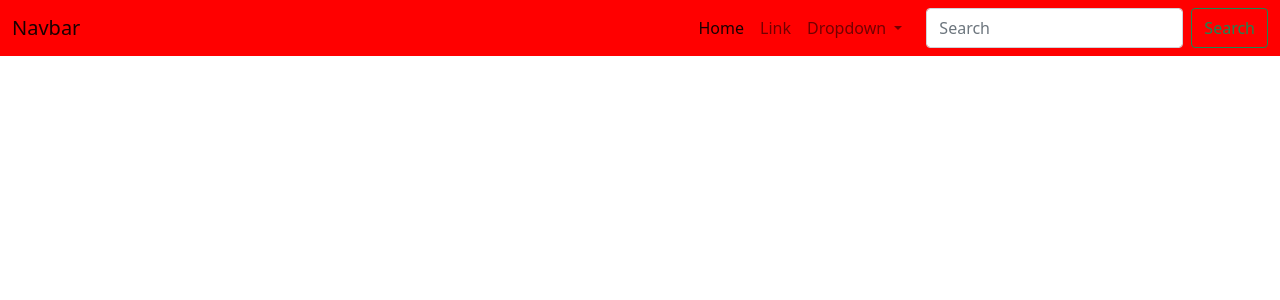
Repository: ttranhhoang/layoutBS
Page: index.html
An editor plug-in stored every save of this project. The page is shown before and after the next save, followed by the edit.
The browser window is 1280 px wide. The pictures show the whole page.

Above is the page before, as saved 2022-04-23 15:44:12.

### index.html
<!DOCTYPE html>
<html lang="en">
  <head>
    <meta charset="UTF-8" />
    <meta http-equiv="X-UA-Compatible" content="IE=edge" />
    <meta name="viewport" content="width=device-width, initial-scale=1.0" />
    <title>Layout BS</title>
    <link
      href="https://cdn.jsdelivr.net/npm/bootstrap@5.1.3/dist/css/bootstrap.min.css"
      rel="stylesheet"
      integrity="sha384-1BmE4kWBq78iYhFldvKuhfTAU6auU8tT94WrHftjDbrCEXSU1oBoqyl2QvZ6jIW3"
      crossorigin="anonymous"
    />
    <link rel="stylesheet" href="index.css" />
  </head>
  <body>
    <main class="main">
      <nav class="navbar navbar-expand-lg navbar-light">
        <div class="container-fluid">
          <a class="navbar-brand" href="#">Navbar</a>
          <button
            class="navbar-toggler"
            type="button"
            data-bs-toggle="offcanvas"
            data-bs-target="#navbarOffcanvasLg"
            aria-controls="navbarOffcanvasLg"
            aria-expanded="false"
            aria-label="Toggle navigation"
          >
            <span class="navbar-toggler-icon"></span>
          </button>

          <div
            class="offcanvas offcanvas-end"
            tabindex="-1"
            id="navbarOffcanvasLg"
            aria-labelledby="navbarOffcanvasLgLabel"
          >
            <div class="offcanvas-header">
              <h5 class="offcanvas-title" id="offcanvasNavbarLabel">
                Offcanvas
              </h5>
              <button
                type="button"
                class="btn-close text-reset"
                data-bs-dismiss="offcanvas"
                aria-label="Close"
              ></button>
            </div>
            <div class="offcanvas-body">
              <ul class="navbar-nav justify-content-end flex-grow-1 pe-3">
                <li class="nav-item">
                  <a class="nav-link active" aria-current="page" href="#"
                    >Home</a
                  >
                </li>
                <li class="nav-item">
                  <a class="nav-link" href="#">Link</a>
                </li>
                <li class="nav-item dropdown">
                  <a
                    class="nav-link dropdown-toggle"
                    href="#"
                    id="offcanvasNavbarDropdown"
                    role="button"
                    data-bs-toggle="dropdown"
                    aria-expanded="false"
                  >
                    Dropdown
                  </a>
                  <ul
                    class="dropdown-menu"
                    aria-labelledby="offcanvasNavbarDropdown"
                  >
                    <li><a class="dropdown-item" href="#">Action</a></li>
                    <li>
                      <a class="dropdown-item" href="#">Another action</a>
                    </li>
                    <li>
                      <hr class="dropdown-divider" />
                    </li>
                    <li>
                      <a class="dropdown-item" href="#">Something else here</a>
                    </li>
                  </ul>
                </li>
              </ul>
              <form class="d-flex">
                <input
                  class="form-control me-2"
                  type="search"
                  placeholder="Search"
                  aria-label="Search"
                />
                <button class="btn btn-outline-success" type="submit">
                  Search
                </button>
              </form>
            </div>
          </div>
        </div>
      </nav>
    </main>

    <script
      src="https://cdn.jsdelivr.net/npm/bootstrap@5.1.3/dist/js/bootstrap.bundle.min.js"
      integrity="sha384-ka7Sk0Gln4gmtz2MlQnikT1wXgYsOg+OMhuP+IlRH9sENBO0LRn5q+8nbTov4+1p"
      crossorigin="anonymous"
    ></script>
  </body>
</html>

### index.css
*,
*::after,
*::before {
  box-sizing: border-box;
}

nav.navbar {
  background-color: red;
}
.offcanvas-warning {
  background-color: yellow;
}

.main {
  height: 100vh;
}

button.navbar-toggler:focus {
  box-shadow: none;
}

After the next save:
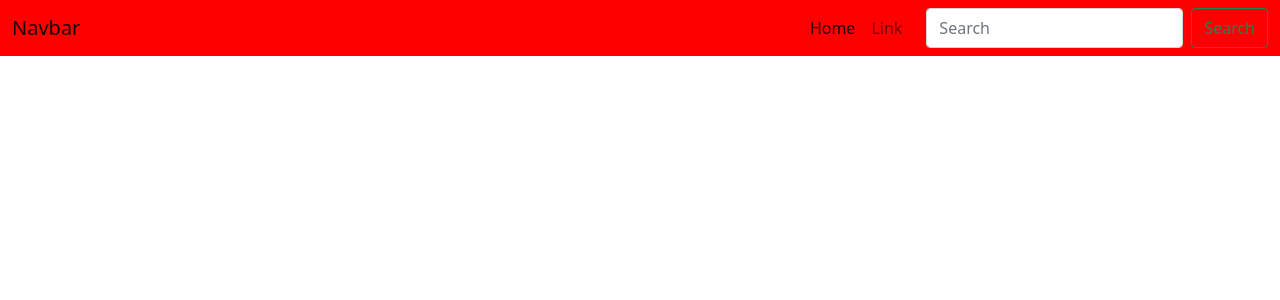
Saved 109 s later.
--- a/index.html
+++ b/index.html
@@ -57,33 +57,7 @@
                 <li class="nav-item">
                   <a class="nav-link" href="#">Link</a>
                 </li>
-                <li class="nav-item dropdown">
-                  <a
-                    class="nav-link dropdown-toggle"
-                    href="#"
-                    id="offcanvasNavbarDropdown"
-                    role="button"
-                    data-bs-toggle="dropdown"
-                    aria-expanded="false"
-                  >
-                    Dropdown
-                  </a>
-                  <ul
-                    class="dropdown-menu"
-                    aria-labelledby="offcanvasNavbarDropdown"
-                  >
-                    <li><a class="dropdown-item" href="#">Action</a></li>
-                    <li>
-                      <a class="dropdown-item" href="#">Another action</a>
-                    </li>
-                    <li>
-                      <hr class="dropdown-divider" />
-                    </li>
-                    <li>
-                      <a class="dropdown-item" href="#">Something else here</a>
-                    </li>
-                  </ul>
-                </li>
+
               </ul>
               <form class="d-flex">
                 <input
